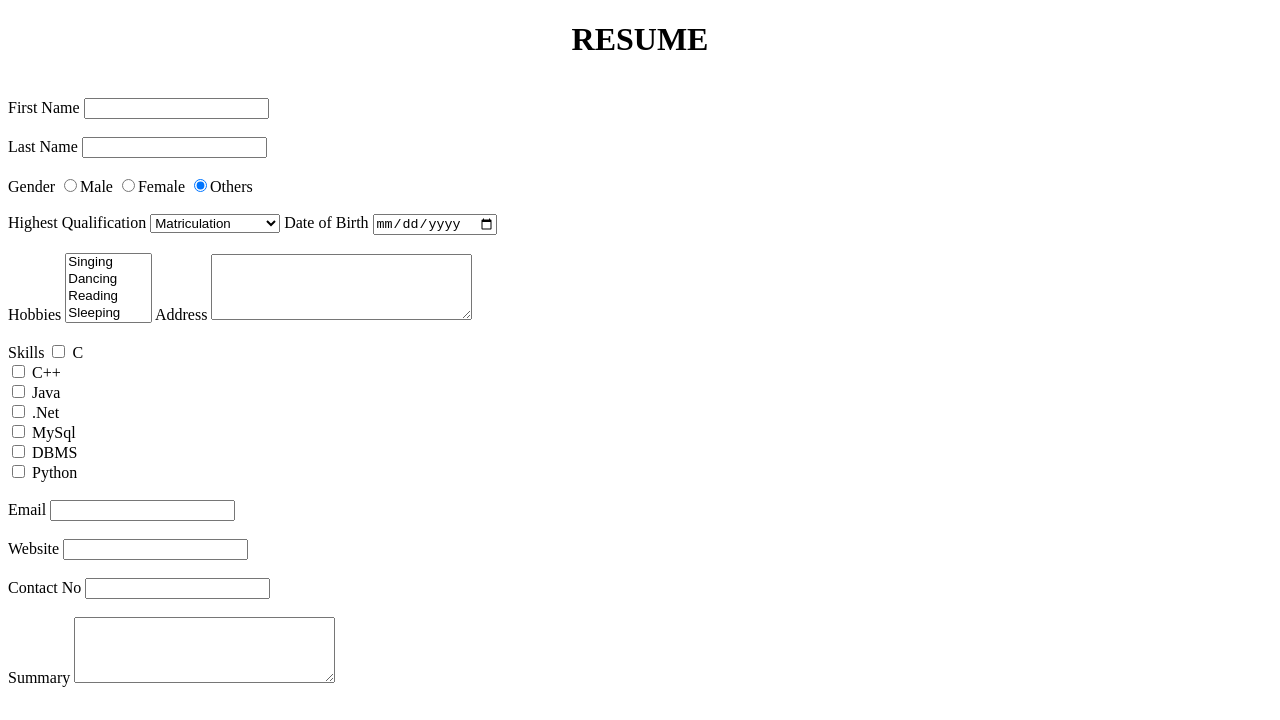
Repository: Rccalfa123/JEE
Page: MyFirstServlet/WebContent/Resume.html
An editor plug-in stored every save of this project. The page is shown before and after the next save, followed by the edit.
The browser window is 1280 px wide. The pictures show the whole page.

Above is the page before, as saved 2018-08-07 08:28:24.

After the next save:
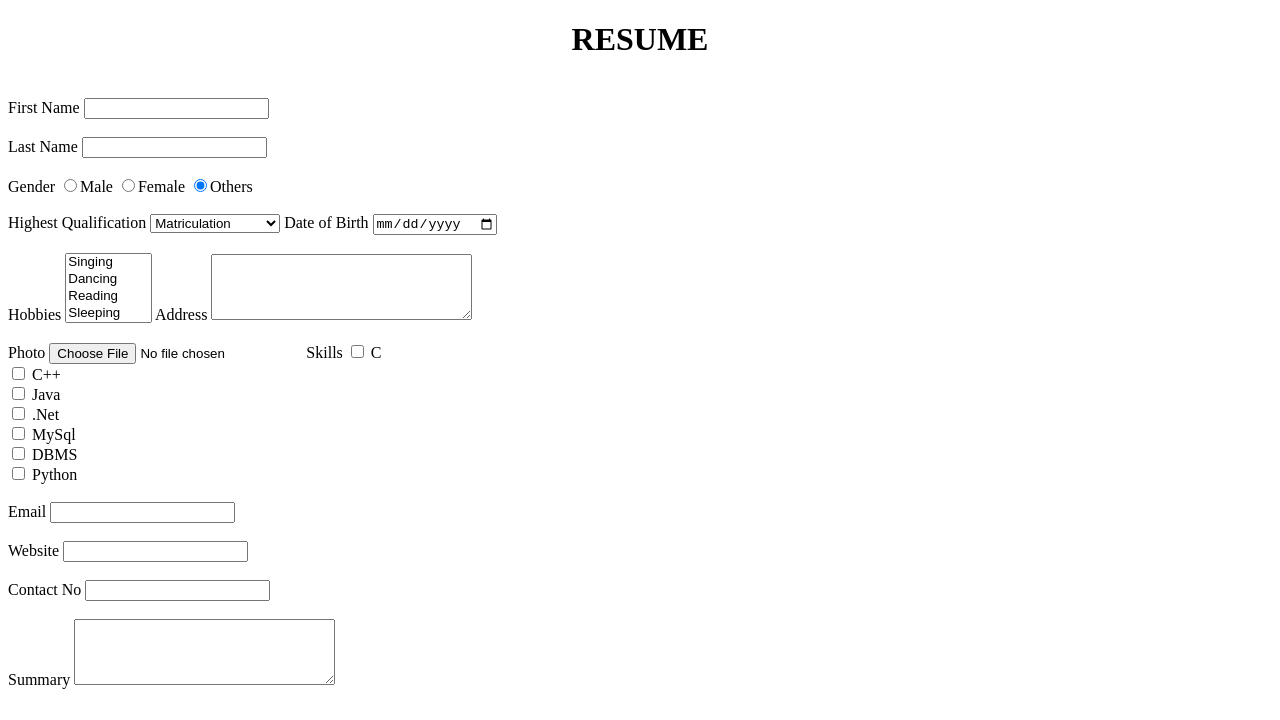
Saved 29 s later.
--- a/MyFirstServlet/WebContent/Resume.html
+++ b/MyFirstServlet/WebContent/Resume.html
@@ -38,6 +38,9 @@
 
    Address <textarea name="address"   rows="4" cols="30"></textarea><br><br>
 
+   Photo	<input type="file">
+
+
    Skills    <input type="checkbox" name="skills" value="c"> C <br>
    			 <input type="checkbox" name="skills" value="c++"> C++ <br>
    			 <input type="checkbox" name="skills" value="java"> Java <br>
